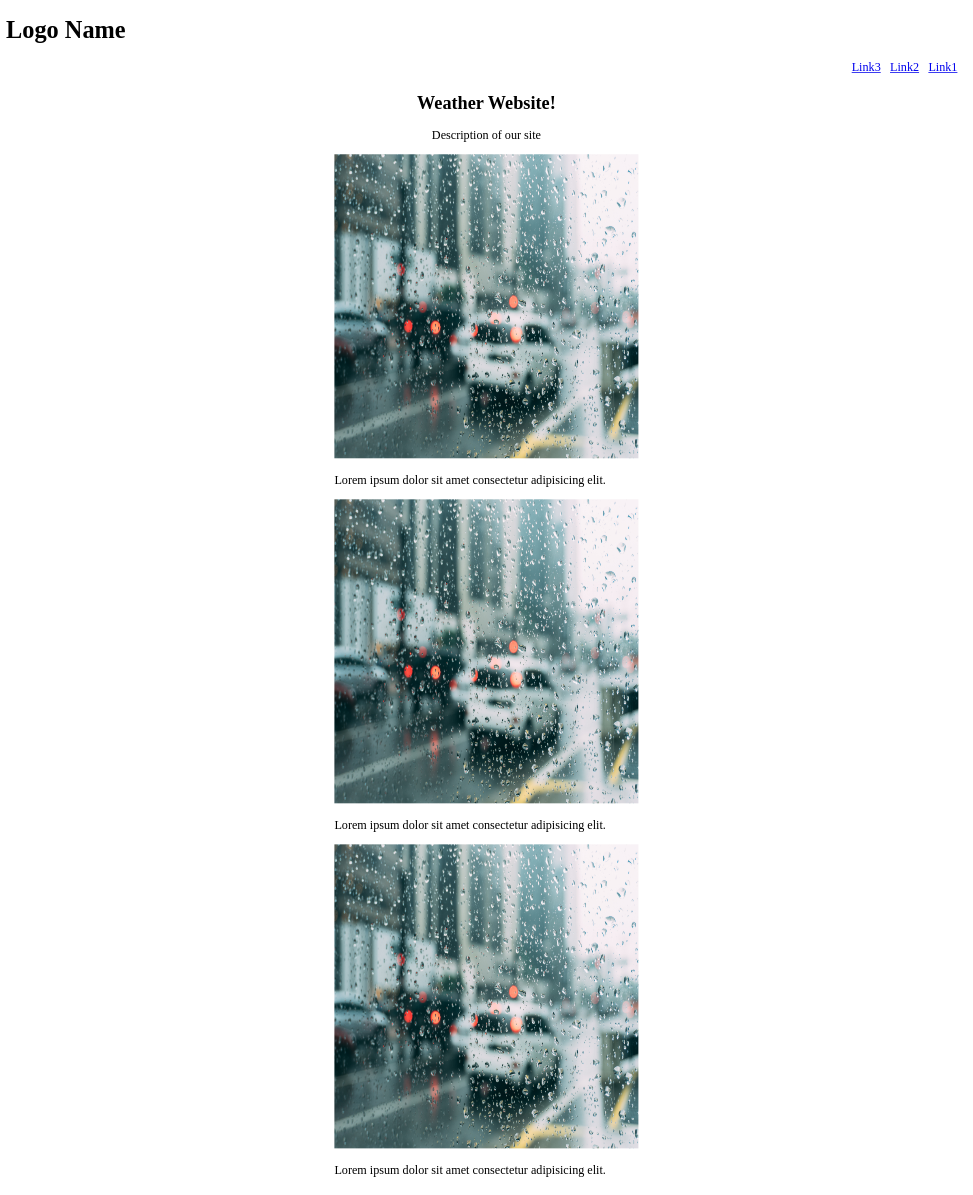
Repository: aaron1986/Breakout2_group_code
Page: index.html
These files come from the project's save history. The page is drawn as it stood at one moment and after the next save; the edit follows.
The browser window is 1280 px wide. The pictures show the whole page, at 76% of full size.

Above is the page before, as saved 2023-09-13 09:27:55.

After the next save:
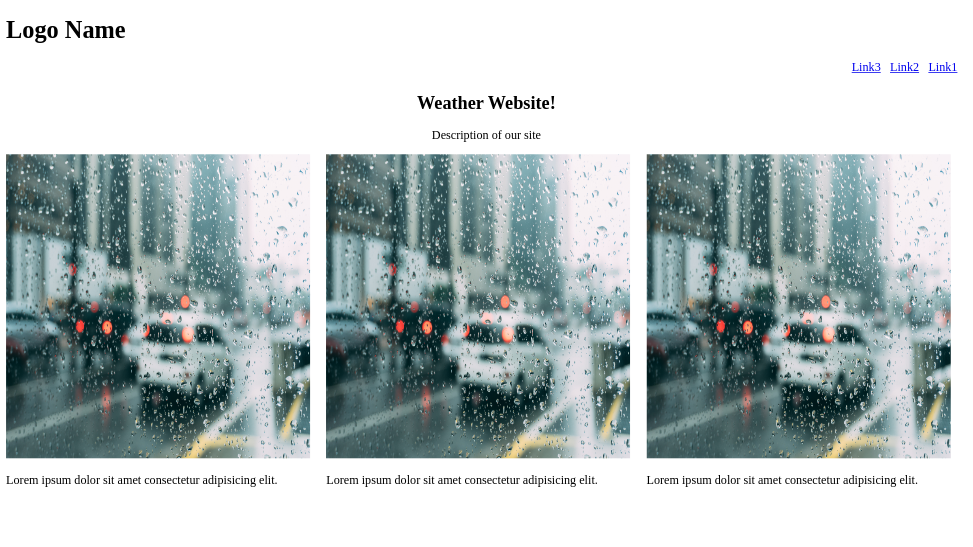
Saved 108 s later.
--- a/style.css
+++ b/style.css
@@ -22,6 +22,7 @@ h2 {
 .image-container{
     display: grid;
     justify-content: center;
+    grid-template-columns: repeat(3, 1fr);
 }
 
 img {
